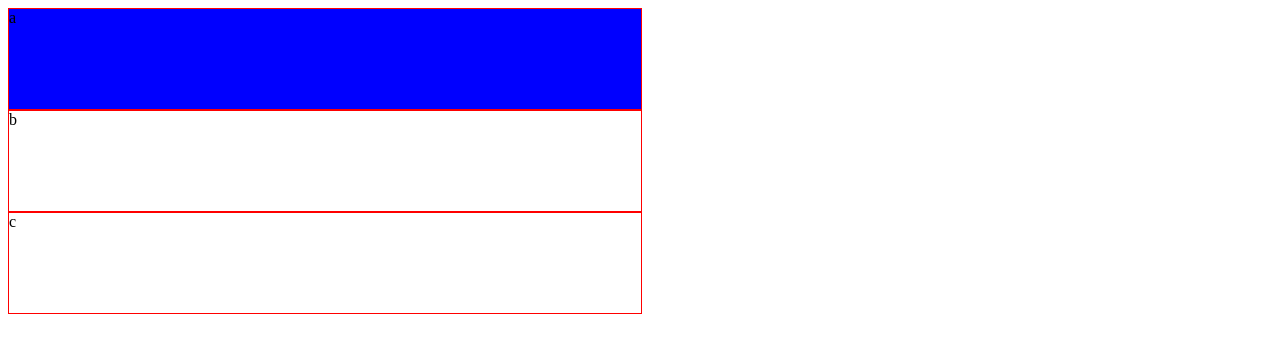
Repository: Nzhe/hehe
Page: real/colorbox/src/main/webapp/NewFile.html
An editor plug-in stored every save of this project. The page is shown before and after the next save, followed by the edit.
The browser window is 1280 px wide. The pictures show the whole page.

Above is the page before, as saved 2021-09-09 02:59:31.

### real/colorbox/src/main/webapp/NewFile.html
<!DOCTYPE html>
	<html>
		<head>
			<meta charset="UTF-8">
			<meta http-equiv="X-UA-Compatible" content="IE=edge">
    		<meta name="viewport" content="width=device-width, initial-scale=1.0">
   	 		<meta name="keywords" content="여기에 중요한 검색어를 입력합니다." />
			<meta name="description" content="이 사이트를 설멍할 수 있는 간단한 문구를 작성합니다." />
			<title>이 사이트에 가장 중요한 단어를 여기에 입력</title>
			<script src="https://ajax.googleapis.com/ajax/libs/jquery/3.5.1/jquery.min.js"></script>

			<style>
				div{
					width : 50%;
					height : 100px;
					border : 1px solid red;

					}
					#one{
					background : red;
					}
					#one{
					background : hellow;
					}
					#one{
					background : blue;
					}

			</style>

		</head>


	<body>
		<div id="one">a</div>
		<div id="two">b</div>
		<div id="three">c</div>
	</body>
</html>

After the next save:
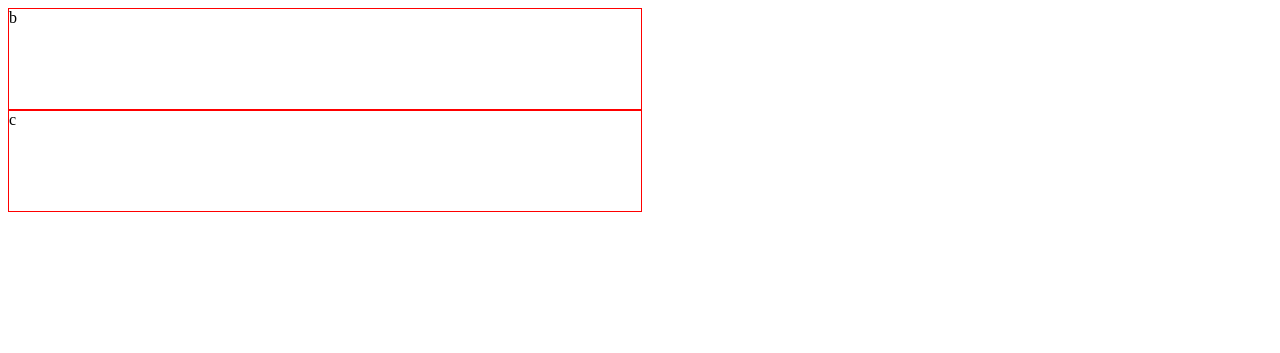
Saved 41 s later.
--- a/real/colorbox/src/main/webapp/NewFile.html
+++ b/real/colorbox/src/main/webapp/NewFile.html
@@ -32,7 +32,7 @@
 
 
 	<body>
-		<div id="one">a</div>
+		<div id="one" hidden="hidden">a</div>
 		<div id="two">b</div>
 		<div id="three">c</div>
 	</body>
